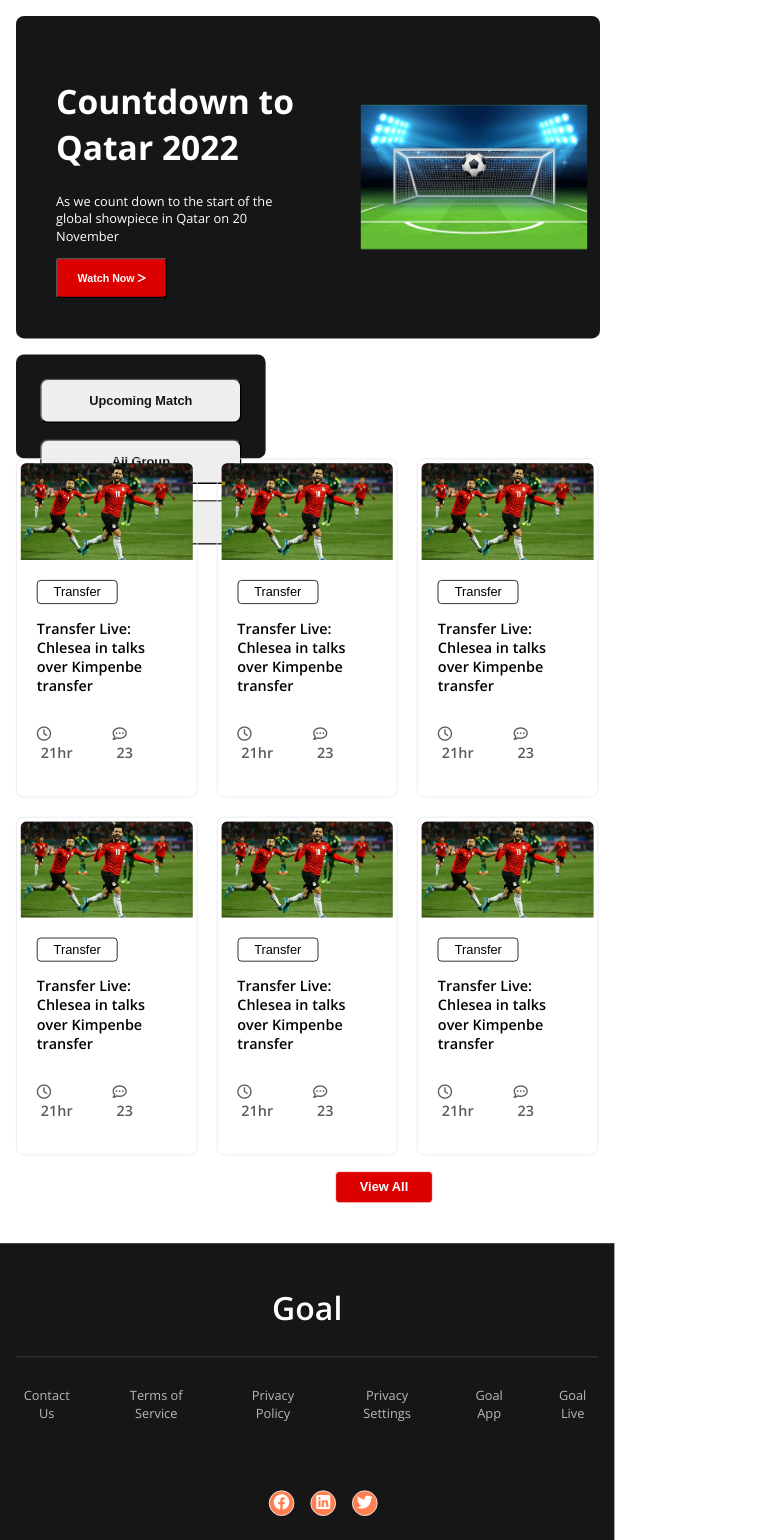
Repository: zjria/Qatar-world-cup
Page: index.html
These files come from the project's save history. The page is drawn as it stood at one moment and after the next save; the edit follows.
The browser window is 768 px wide. The page is 960 px wide, so the pictures cover 960 px, including what lies to the right of the window. The pictures show the whole page, at 80% of full size.

Above is the page before, as saved 2022-09-11 19:25:26.

After the next save:
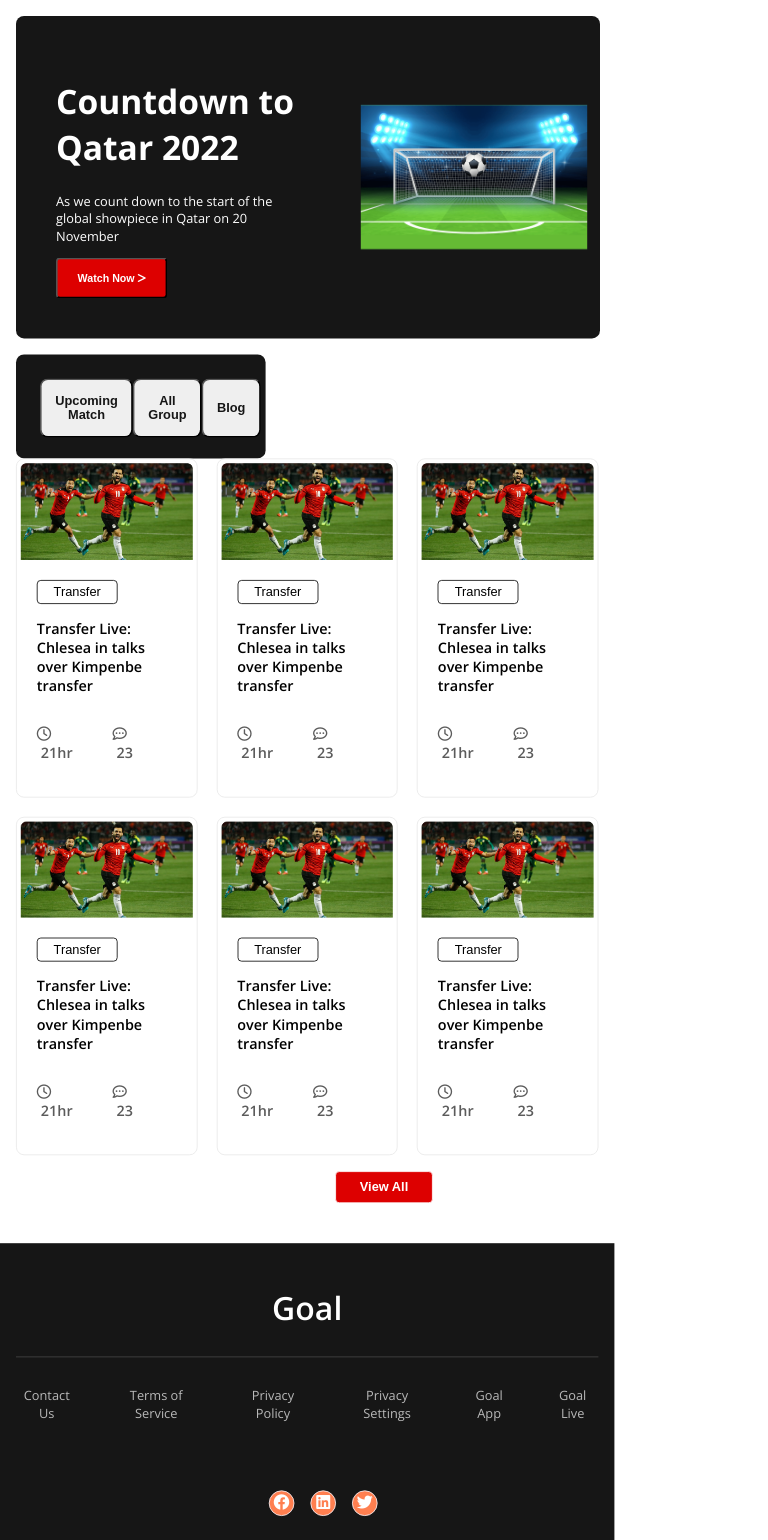
Saved 33 s later.
--- a/style.css
+++ b/style.css
@@ -410,4 +410,10 @@
         height: 130px;
         /* width: 312px; */
     }
-}
+
+    .all-button {
+        display: flex;
+        flex-direction: row;
+        margin: 30px 30px 0px 30px;
+    }
+}
